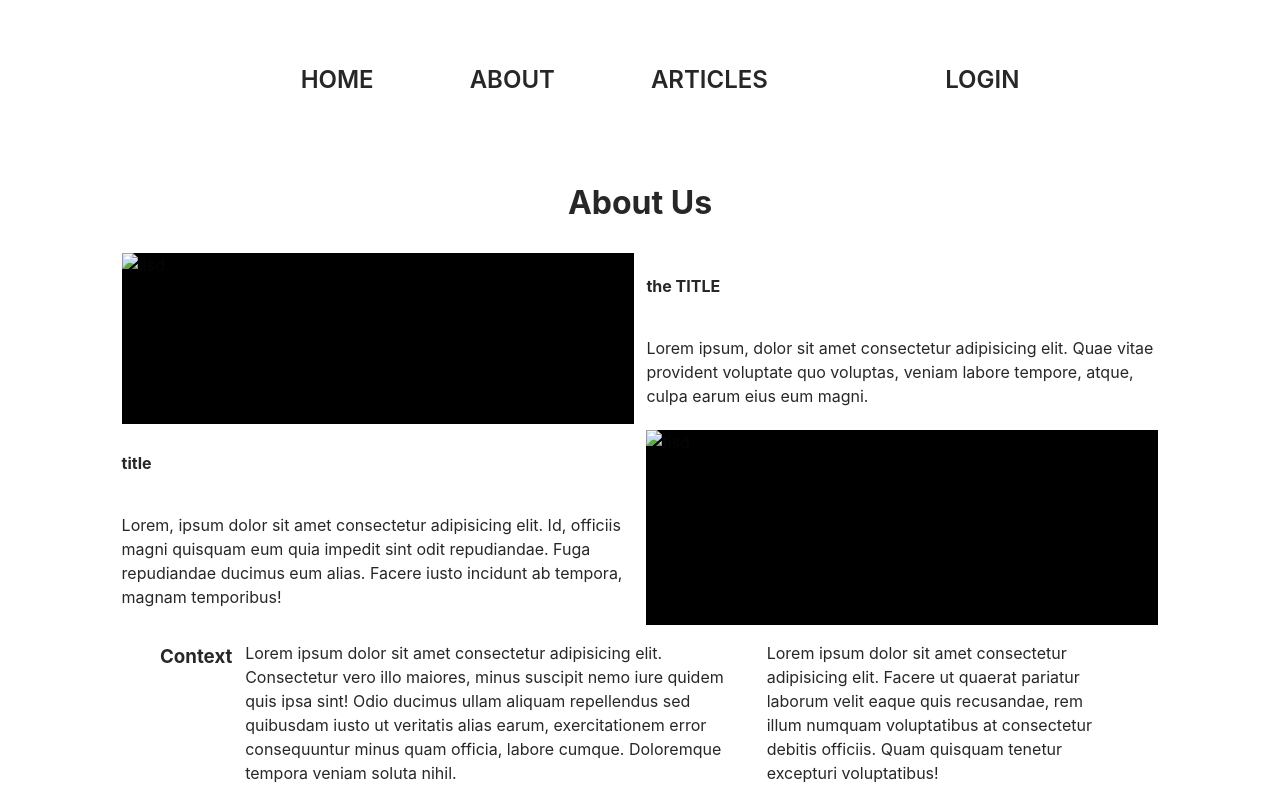
Repository: ValGrace/-static-site
Page: /about (app in client/)
An editor plug-in stored every save of this project. The page is shown before and after the next save, followed by the edit.
The browser window is 1280 px wide. The pictures show the whole page.
The project was rebuilt for these pictures with package versions that can differ from the ones it lists, and the page was loaded fresh each time. Also part of the build but not shown: client/vite.config.js, client/src/Utils/appwrite.js, client/src/Components/Inputs.css, client/src/Components/Login.jsx, client/src/Components/Signup.jsx, client/src/Components/HomeSection.jsx, client/src/Components/TopSection.jsx, client/src/Pages/HomePage.jsx.

Above is the page before, as saved 2023-02-07 14:08:28.

After the next save:
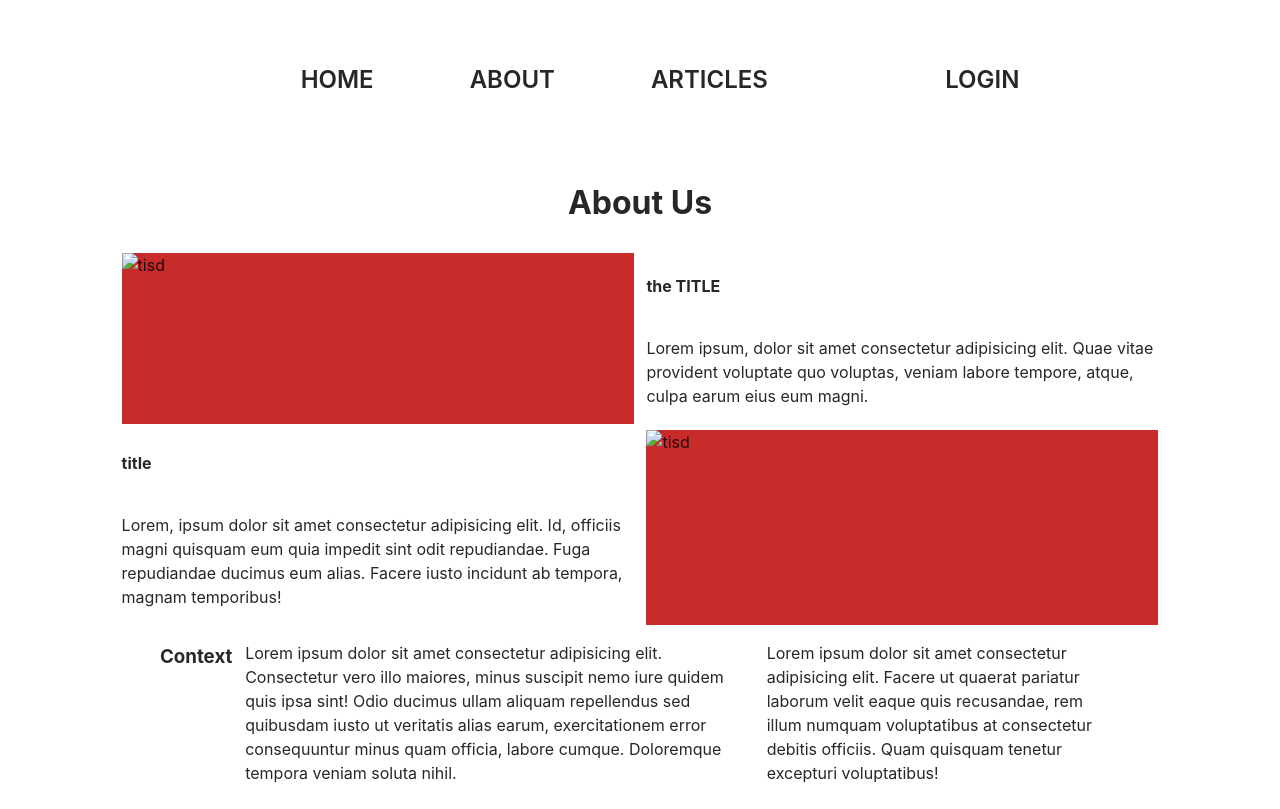
Saved 6 min 9 s later.
--- a/client/src/Components/InfoPage.css
+++ b/client/src/Components/InfoPage.css
@@ -25,7 +25,7 @@
 }
 
 .abt-img {
-    background-color: black;
+    background-color: rgb(201, 42, 42);
     width: 75vw;
 
 }
